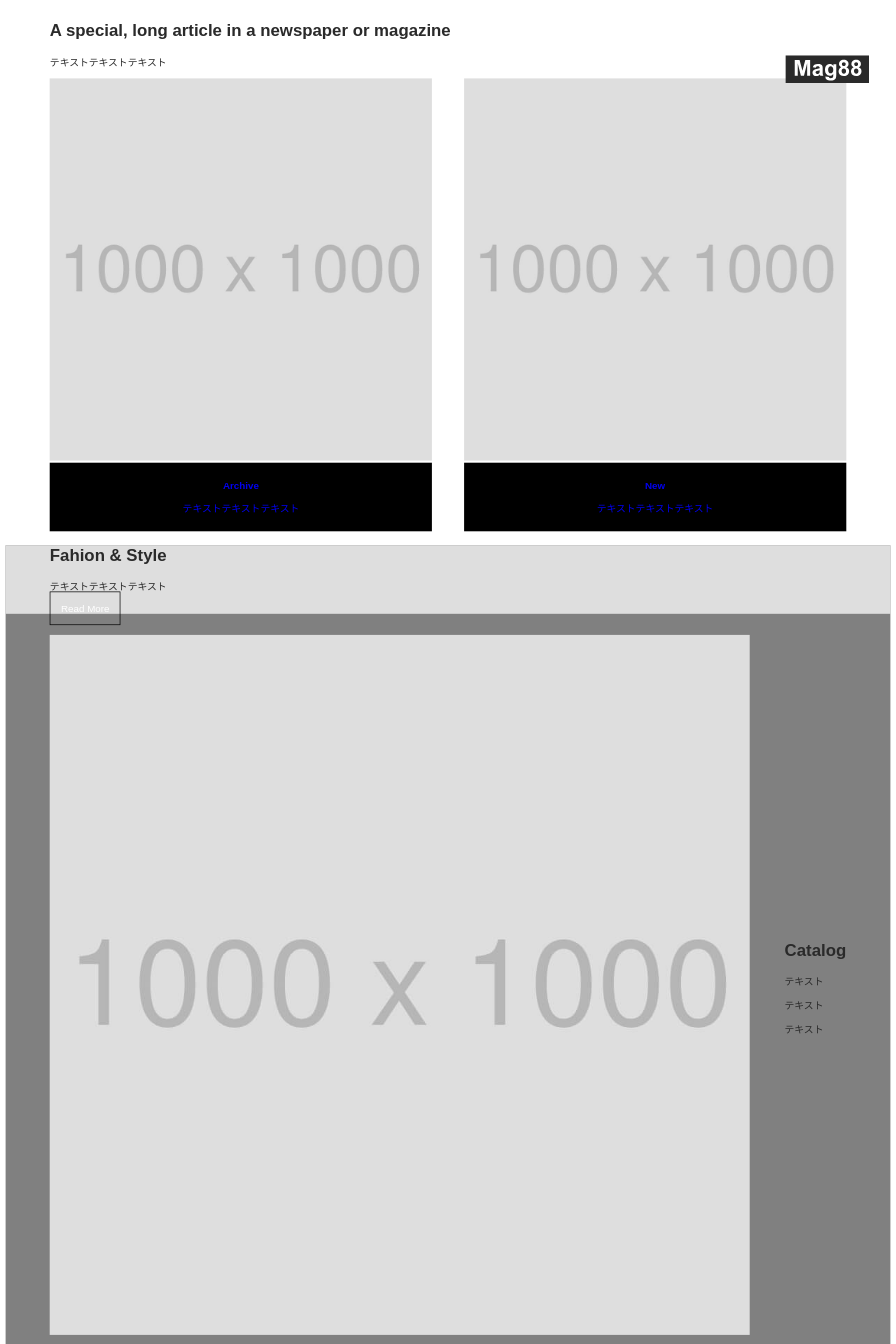
Repository: Fuki-san/bookstore
Page: http://localhost/book
These files come from the project's save history. The page is drawn as it stood at one moment and after the next save; the edit follows.
The browser window is 1280 px wide. The pictures show the part of the page from y = 0 to 1920 px (the page is 3084 px tall before and 5049 px after), at 70% of full size.
The page is served by the project's Laravel application, run on PHP 8.4 with Laravel 10. Other server files are loaded and not shown.

Above is the page before, as saved 2023-11-21 13:37:46.

### routes/web.php
<?php

use Illuminate\Support\Facades\Route;

/*
|--------------------------------------------------------------------------
| Web Routes
|--------------------------------------------------------------------------
|
| Here is where you can register web routes for your application. These
| routes are loaded by the RouteServiceProvider and all of them will
| be assigned to the "web" middleware group. Make something great!
|
*/

Route::get('/', function () {
    return view('welcome');
});

Route::get('book', function() {
    return view('bookstore');
})->name('book');

### resources/views/bookstore.blade.php
@extends('layouts.main')

@section('title', 'bookstore')

@section('content')
    <header id="header">
        <h1 class="site-title"><a href="#"><img src="img/logo.svg"></a></h1>
    </header>

    <main>
        <section class="wrapper" id="magazine">
            <h2 class="sec-title">A special, long article in a newspaper or magazine</h2>
            <p>テキストテキストテキスト</p>
            <div class="flex-item">
                <a href="#" class="item"><img src="img/magazine-archive.jpg"><div class="text"><p class="title">Archive</p><p>テキストテキストテキスト</p></div></a>
                <a href="#" class="item"><img src="img/magazine-new.jpg"><div class="text"><p class="title">New</p><p>テキストテキストテキスト</p></div></a>
            </div>
        </section>
        <section class="wrapper" id="fashion">
            <h2 class="sec-title">Fahion & Style</h2>
            <p>テキストテキストテキスト</p>
            <a href="#" class="btn">Read More</a>
        </section>
        <section id="catalog-antique">
            <div class="flex-item wrapper">
                <div class="item">
                    <img src="img/catalog.jpg">
                </div>
                <div class="item">
                    <h2 class="sec-title">Catalog</h2>
                    <p>テキスト</p>
                    <p>テキスト</p>
                    <p>テキスト</p>
                </div>
            </div>
        </section>

        <section id="catalog-antique">
            <div class="flex-item wrapper">
                <div class="item">
                    <h2 class="sec-title">Antique</h2>
                    <p>テキストテキストテキスト</p>
                    <p>テキストテキストテキスト</p>
                    <a href="#" class="btn">Read More</a>
                </div>
                <div class="item">
                    <img src="img/antique.jpg">
                </div>
            </div>
        </section>
    </main>

    <footer id="footer">
        <div class="flex-item wrapper">
            <div class="item"><a href="#"><img src="img/logo.svg"></a></div>
            <div class="item">
                <p class="title">タイトル</p>
                <ul>
                    <li>テキストテキストテキスト</li>
                    <li>テキストテキストテキスト</li>
                    <li>テキストテキストテキスト</li>
                </ul>
            </div>
            <div class="item">
                <p>テキストテキストテキストテキストテキスト</p>
            </div>
        </div>
        <p class="copyright">&copy; Mag88</p>
    </footer>
@endsection

### resources/views/layouts/main.blade.php
<!DOCTYPE html>
<html lang="ja">
<head>
    <meta charset="UTF-8">
    <meta name="viewport" content="width=device-width, initial-scale=1.0">
    <meta http-equiv="X-UA-Compatible" content="ie=edge">
    <link rel="stylesheet" href="{{ asset('css/reset.css') }}">
    <link rel="stylesheet" href="{{ asset('css/style.css') }}">
    <link rel="icon" href="img/favicon.ico">
    <title>@yield('title')</title>
</head>
<body>
    @yield('content')
</body>
</html>

### public/css/style.css
@charset "utf-8";

html{
    font-size: 100%;
}
body{
    font-size: 0.875rem;
    color: #2a2a2a;
    font-family: "Arial", "Hiragino Sans", "Hiragino Kaku Gothic ProN", "Meiryo", sans-serif;
}
a{
    text-decoration: none;
}
a:hover{
    opacity: 0.7;
}
img{
    max-width: 100%;
}
li{
    list-style: none;
}
/* content */
.wrapper{
    padding: 0 5%;
    margin: 0 auto;
    max-width: 1200px;
}
.sec-title{
    font-size: 1.5rem;
    margin-bottom: 20px;
}

.flex-item{
    display: flex;
    justify-content: space-between;
    align-items: center;
}
.site-title{
    position: absolute;
    top: 30px;
    right: 30px;
}
#header{
    background-image: url(../img/mainvisual.jpg);
    background-position: center top;
    background-repeat: no-repeat;
    background-size: cover;
    position: relative;
    margin: 0 0 30px 0;
}


#magazine .flex-item .item{
    width: 48%;
}
#magazine .text{
    background-color: black;
    text-align: center;
    padding: 10px 15px;
}
#magazine .title{
    font-weight: bold;
}
#fashion{
    background-image: url(../img/fashion.jpg);
    background-position: center bottom;
    background-repeat: no-repeat;
    background-size: cover;
    background-color: gray;
}
.btn{
    padding: 15px;
    border: solid 1px black;
    color: #fff;
}
#catalog-antique{
    background-color: gray;
    padding-top: 30px;
}
#footer{
    background-color: #242424;
}
#footer .item{
    width: 32%;
}

.copyright{
    background-color: #fff;
    text-align: center;
}

### public/img/logo.svg
<?xml version="1.0" encoding="utf-8"?>
<!-- Generator: Adobe Illustrator 15.1.0, SVG Export Plug-In . SVG Version: 6.00 Build 0)  -->
<!DOCTYPE svg PUBLIC "-//W3C//DTD SVG 1.1//EN" "http://www.w3.org/Graphics/SVG/1.1/DTD/svg11.dtd">
<svg version="1.1" id="レイヤー_1" xmlns="http://www.w3.org/2000/svg" xmlns:xlink="http://www.w3.org/1999/xlink" x="0px"
	 y="0px" width="120px" height="40px" viewBox="0 0 120 40" enable-background="new 0 0 120 40" xml:space="preserve">
<text transform="matrix(1 0 0 1 11.667 -25.8213)" fill="#2B3137" font-family="'Arial-BoldMT'" font-size="31.8021">Mag88</text>
<rect fill="#2A2A2A" width="120" height="40"/>
<g>
	<path fill="#FFFFFF" d="M13.351,29.333V6.568h6.879l4.13,15.529l4.084-15.529h6.895v22.765h-4.271v-17.92l-4.519,17.92h-4.425
		l-4.503-17.92v17.92H13.351z"/>
	<path fill="#FFFFFF" d="M43.134,17.872l-3.96-0.714c0.445-1.595,1.211-2.774,2.299-3.54c1.087-0.766,2.701-1.149,4.845-1.149
		c1.946,0,3.396,0.23,4.348,0.69c0.952,0.461,1.623,1.047,2.011,1.756c0.389,0.709,0.582,2.01,0.582,3.904l-0.046,5.094
		c0,1.449,0.069,2.518,0.21,3.207c0.139,0.688,0.4,1.426,0.783,2.213h-4.316c-0.113-0.29-0.254-0.72-0.419-1.289
		c-0.073-0.259-0.124-0.43-0.155-0.513c-0.746,0.725-1.543,1.269-2.392,1.63c-0.849,0.363-1.755,0.544-2.718,0.544
		c-1.697,0-3.035-0.46-4.014-1.382s-1.467-2.086-1.467-3.494c0-0.932,0.222-1.762,0.667-2.492c0.444-0.73,1.069-1.289,1.871-1.677
		c0.802-0.389,1.959-0.728,3.471-1.018c2.039-0.383,3.452-0.739,4.239-1.071v-0.435c0-0.839-0.207-1.437-0.621-1.794
		s-1.195-0.535-2.345-0.535c-0.776,0-1.382,0.152-1.817,0.458C43.755,16.571,43.403,17.106,43.134,17.872z M48.973,21.413
		c-0.559,0.187-1.444,0.409-2.655,0.668c-1.212,0.259-2.003,0.512-2.376,0.761c-0.569,0.403-0.854,0.916-0.854,1.537
		c0,0.61,0.227,1.14,0.683,1.584c0.456,0.445,1.035,0.667,1.739,0.667c0.787,0,1.537-0.258,2.252-0.775
		c0.527-0.394,0.875-0.875,1.04-1.444c0.114-0.373,0.171-1.081,0.171-2.128V21.413z"/>
	<path fill="#FFFFFF" d="M57.157,30.419l4.984,0.605c0.083,0.58,0.274,0.979,0.574,1.196c0.414,0.311,1.066,0.466,1.957,0.466
		c1.139,0,1.992-0.171,2.563-0.512c0.383-0.229,0.673-0.596,0.869-1.104c0.135-0.362,0.202-1.029,0.202-2.003v-2.407
		c-1.304,1.781-2.95,2.672-4.938,2.672c-2.215,0-3.97-0.938-5.264-2.811c-1.015-1.48-1.521-3.324-1.521-5.529
		c0-2.764,0.664-4.875,1.995-6.335c1.33-1.46,2.983-2.189,4.962-2.189c2.039,0,3.721,0.896,5.046,2.687v-2.314h4.084V27.64
		c0,1.946-0.161,3.4-0.481,4.363s-0.771,1.719-1.351,2.268c-0.58,0.549-1.354,0.979-2.321,1.289
		c-0.969,0.311-2.192,0.466-3.673,0.466c-2.795,0-4.778-0.479-5.947-1.437c-1.17-0.957-1.755-2.172-1.755-3.642
		C57.141,30.802,57.147,30.626,57.157,30.419z M61.054,20.745c0,1.75,0.339,3.031,1.017,3.844c0.679,0.813,1.515,1.219,2.508,1.219
		c1.066,0,1.967-0.416,2.703-1.25c0.734-0.834,1.102-2.068,1.102-3.703c0-1.709-0.352-2.977-1.056-3.805s-1.595-1.242-2.671-1.242
		c-1.045,0-1.907,0.406-2.586,1.219C61.393,17.839,61.054,19.079,61.054,20.745z"/>
	<path fill="#FFFFFF" d="M79.797,17.05c-1.129-0.477-1.949-1.131-2.462-1.965c-0.513-0.833-0.769-1.746-0.769-2.74
		c0-1.697,0.593-3.101,1.778-4.208c1.185-1.107,2.87-1.662,5.054-1.662c2.164,0,3.844,0.554,5.039,1.662
		c1.196,1.108,1.794,2.511,1.794,4.208c0,1.056-0.274,1.995-0.823,2.818c-0.549,0.822-1.32,1.451-2.313,1.887
		c1.263,0.508,2.224,1.248,2.88,2.221c0.658,0.973,0.986,2.096,0.986,3.369c0,2.102-0.67,3.811-2.011,5.125
		s-3.124,1.972-5.349,1.972c-2.071,0-3.795-0.544-5.172-1.63c-1.625-1.284-2.438-3.045-2.438-5.28c0-1.231,0.305-2.362,0.916-3.394
		C77.52,18.403,78.482,17.608,79.797,17.05z M80.293,22.407c0,1.201,0.309,2.138,0.924,2.811c0.616,0.673,1.385,1.01,2.307,1.01
		c0.9,0,1.646-0.324,2.236-0.971c0.59-0.647,0.885-1.582,0.885-2.803c0-1.066-0.301-1.924-0.9-2.57
		c-0.602-0.646-1.361-0.971-2.283-0.971c-1.066,0-1.861,0.367-2.383,1.103C80.555,20.751,80.293,21.548,80.293,22.407z
		 M80.698,12.655c0,0.869,0.246,1.547,0.737,2.034c0.491,0.486,1.146,0.729,1.964,0.729c0.828,0,1.491-0.246,1.988-0.737
		s0.745-1.173,0.745-2.042c0-0.818-0.246-1.473-0.737-1.965c-0.492-0.491-1.142-0.737-1.949-0.737c-0.838,0-1.506,0.249-2.003,0.745
		C80.946,11.18,80.698,11.837,80.698,12.655z"/>
	<path fill="#FFFFFF" d="M97.484,17.05c-1.128-0.477-1.948-1.131-2.462-1.965c-0.512-0.833-0.768-1.746-0.768-2.74
		c0-1.697,0.592-3.101,1.777-4.208c1.186-1.107,2.871-1.662,5.055-1.662c2.164,0,3.844,0.554,5.039,1.662
		c1.195,1.108,1.793,2.511,1.793,4.208c0,1.056-0.273,1.995-0.822,2.818c-0.549,0.822-1.32,1.451-2.314,1.887
		c1.264,0.508,2.224,1.248,2.881,2.221c0.658,0.973,0.986,2.096,0.986,3.369c0,2.102-0.67,3.811-2.012,5.125
		c-1.34,1.314-3.123,1.972-5.349,1.972c-2.071,0-3.794-0.544-5.171-1.63c-1.625-1.284-2.438-3.045-2.438-5.28
		c0-1.231,0.305-2.362,0.916-3.394C95.207,18.403,96.168,17.608,97.484,17.05z M97.981,22.407c0,1.201,0.308,2.138,0.924,2.811
		c0.615,0.673,1.385,1.01,2.307,1.01c0.9,0,1.646-0.324,2.235-0.971c0.591-0.647,0.886-1.582,0.886-2.803
		c0-1.066-0.301-1.924-0.901-2.57s-1.361-0.971-2.282-0.971c-1.066,0-1.861,0.367-2.384,1.103S97.981,21.548,97.981,22.407z
		 M98.385,12.655c0,0.869,0.245,1.547,0.736,2.034c0.492,0.486,1.146,0.729,1.965,0.729c0.828,0,1.49-0.246,1.988-0.737
		c0.496-0.491,0.744-1.173,0.744-2.042c0-0.818-0.246-1.473-0.736-1.965c-0.492-0.491-1.143-0.737-1.949-0.737
		c-0.839,0-1.506,0.249-2.004,0.745C98.633,11.18,98.385,11.837,98.385,12.655z"/>
</g>
</svg>

After the next save:
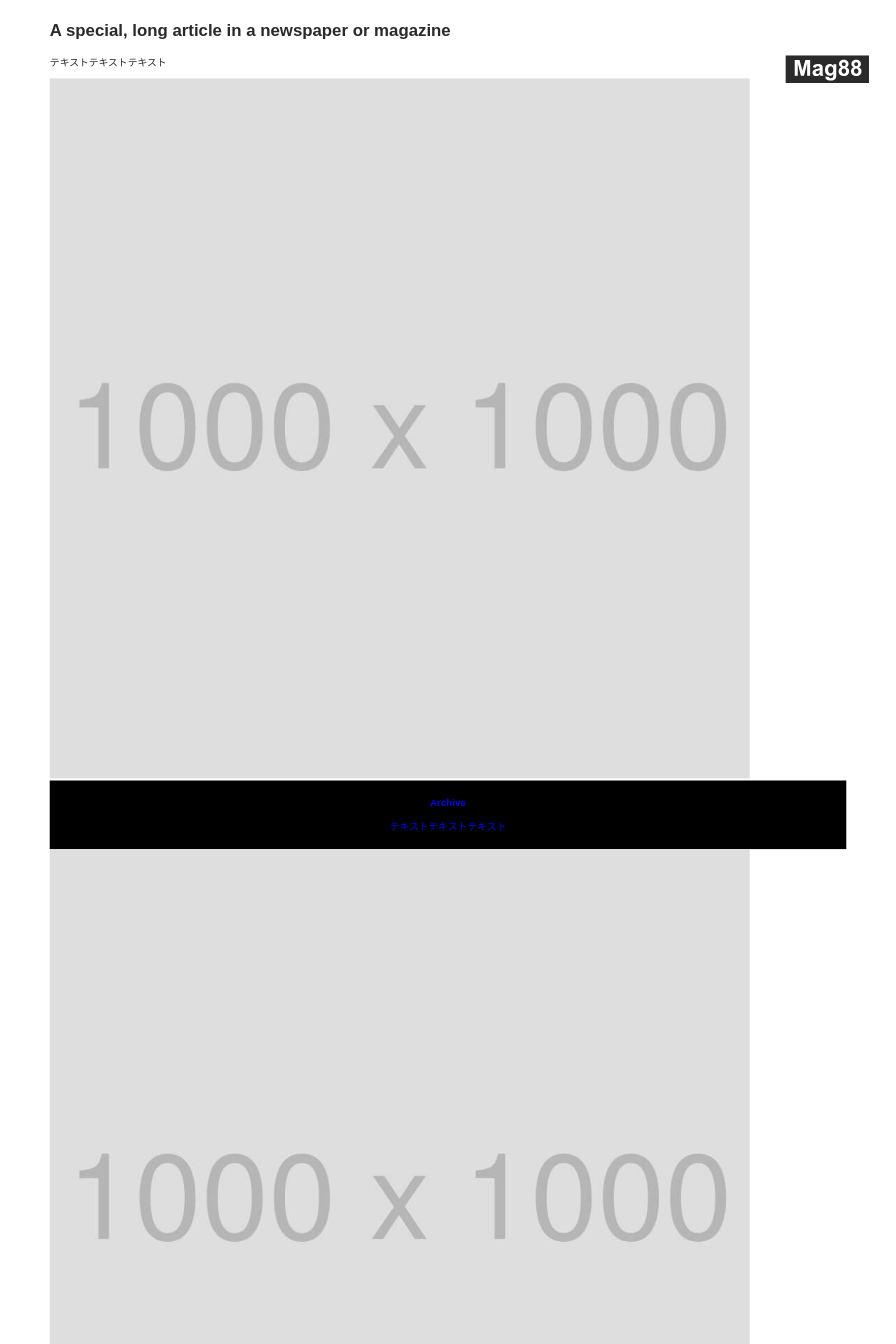
Saved 19 s later.
--- a/public/css/style.css
+++ b/public/css/style.css
@@ -30,7 +30,7 @@
     font-size: 1.5rem;
     margin-bottom: 20px;
 }
-
+btn
 .flex-item{
     display: flex;
     justify-content: space-between;

After the save that followed:
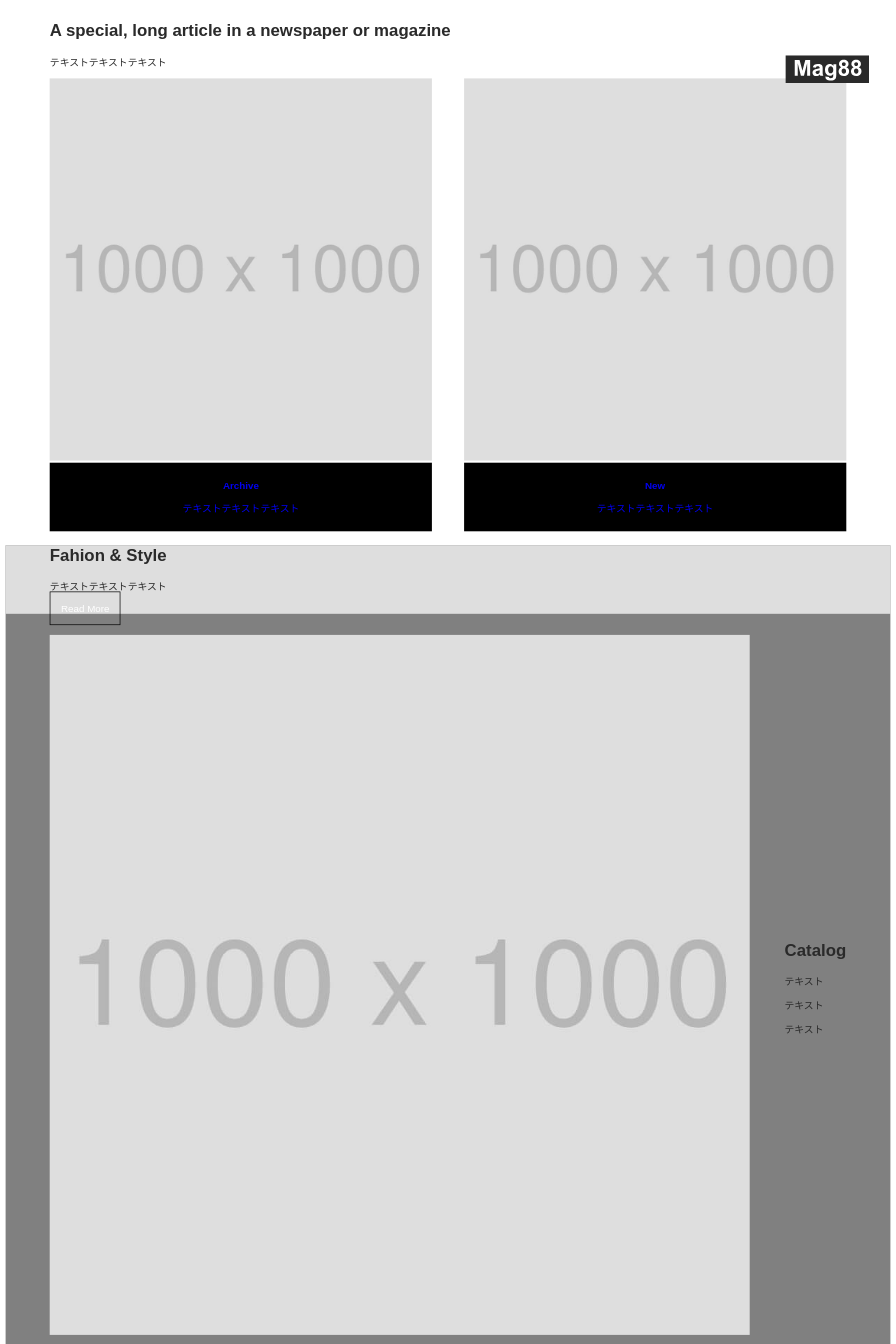
Saved 6 s later.
--- a/public/css/style.css
+++ b/public/css/style.css
@@ -30,7 +30,7 @@
     font-size: 1.5rem;
     margin-bottom: 20px;
 }
-btn
+/* btn */
 .flex-item{
     display: flex;
     justify-content: space-between;
